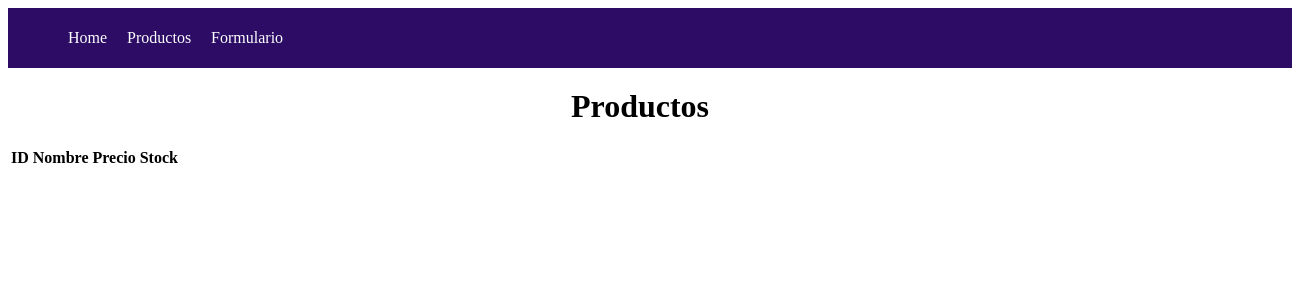
Repository: LadyJohana20/clases
Page: Clase-05-nodesass/public/pages/productos.html
An editor plug-in stored every save of this project. The page is shown before and after the next save, followed by the edit.
The browser window is 1280 px wide. The page is 1292 px wide, so the pictures cover 1292 px, including what lies to the right of the window. The pictures show the whole page.
The style sheet was rebuilt from its Sass, Less or Tailwind sources for each picture, by a compiler version that may differ from the author's.

Above is the page before, as saved 2026-01-27 21:31:43.

After the next save:
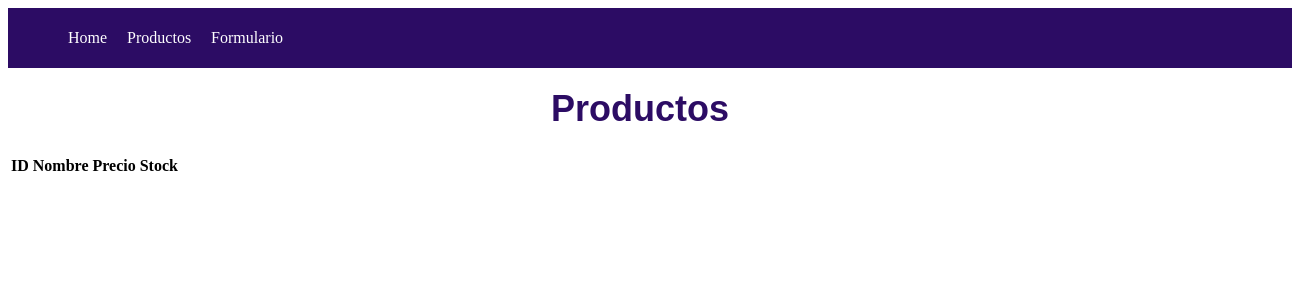
Saved 31 s later.
--- a/Clase-05-nodesass/public/js/productos.js
+++ b/Clase-05-nodesass/public/js/productos.js
@@ -87,6 +87,9 @@ console.log(titulo);
 
 // 13. modificamos los estilos para el primer elemento de la coleccion
 /*titulo.innerText = 'Productos';*/
+titulo[0].style.color = '#2c0c64';
+titulo[0].style.fontFamily = 'Arial, sans-serif';
+titulo[0].style.fontSize = '36px';
 titulo[0].style.textAlign = 'center';
 titulo[0].style.marginTop = '20px';
 
